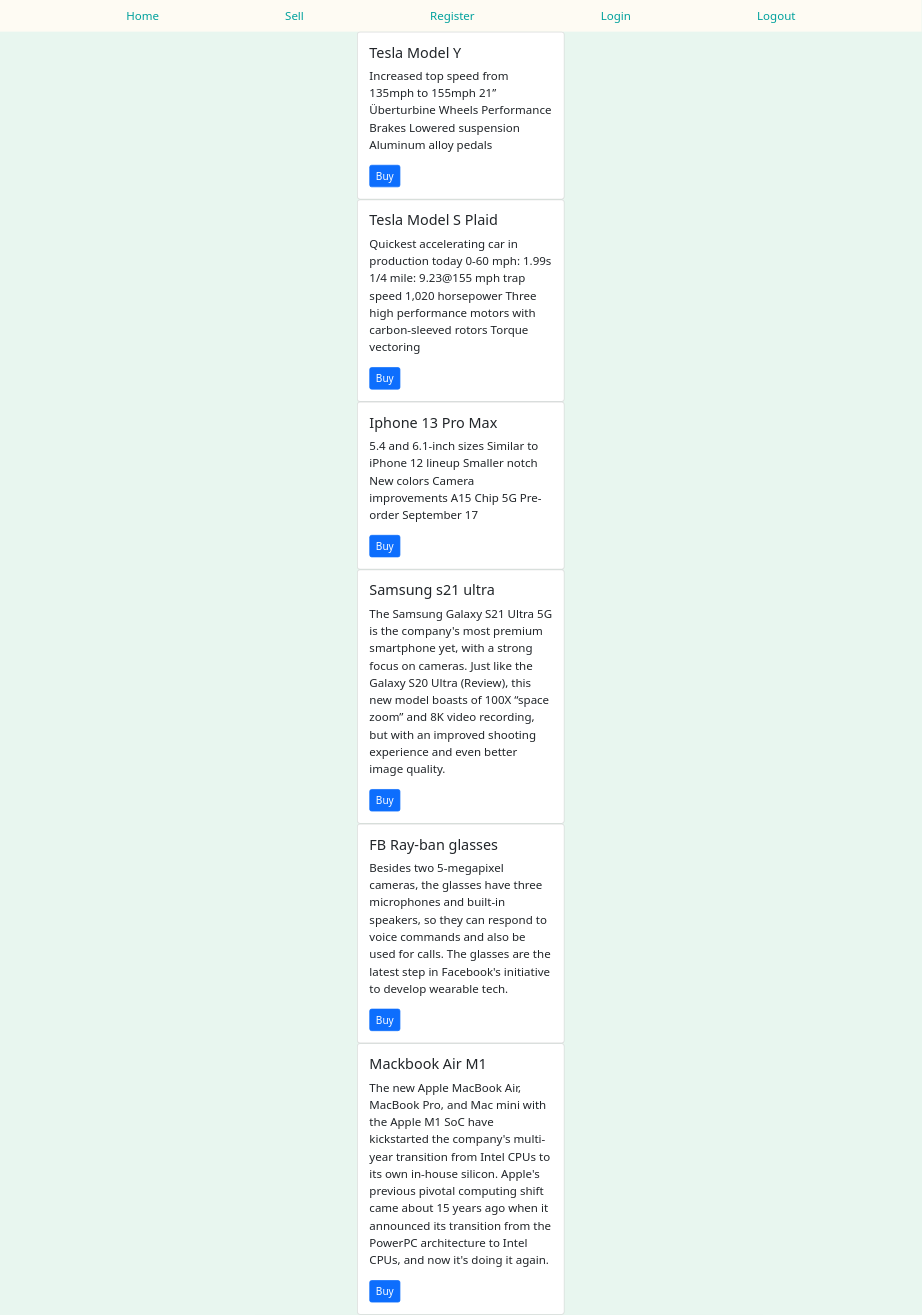
Repository: RiteshK555/itw-project
Page: http://localhost/
An editor plug-in stored every save of this project. The page is shown before and after a run of saves, followed by the edit.
The browser window is 1280 px wide. The pictures show the whole page, at 72% of full size.
The page is served by the project's application, run on Django 3.2 (student_olx/manage.py). Other server files are loaded and not shown. The page reads the database file committed with the project.

Above is the page before, as saved 2021-09-19 14:23:16.

### student_olx/main/templates/main/home.html
{%extends 'main/base.html'%}
{% load static %}
{%block title%}
Home
{%endblock%}
{% block styles %}
<link rel="stylesheet" type="text/css" href="{% static 'main/home.css'%}">
{% endblock %}
{%block content %}
<div id="itemz">
{%for product in  products%}
<div>
<div class="card" style="width: 18rem;">
  {% comment %} <img src="..." class="card-img-top" alt="..."> {% endcomment %}
  <div class="card-body">
    <h5 class="card-title">{{product.product_name}}</h5>
    <p class="card-text">{{product.description}}</p>
    <a href="#" class="btn btn-sm btn-primary">Buy</a>
  </div>
</div>
{%endfor%}
{%endblock %}

### student_olx/main/templates/main/base.html
{% load static%}
<!DOCTYPE html>
<!--[if lt IE 7]>      <html class="no-js lt-ie9 lt-ie8 lt-ie7"> <![endif]-->
<!--[if IE 7]>         <html class="no-js lt-ie9 lt-ie8"> <![endif]-->
<!--[if IE 8]>         <html class="no-js lt-ie9"> <![endif]-->
<!--[if gt IE 8]>      <html class="no-js"> <!--<![endif]-->
<html lang="en">
    <head>
        <meta charset="utf-8">
        <meta http-equiv="X-UA-Compatible" content="IE=edge">
        <title>{%block title%}This is Base Title{%endblock%}</title>
        <meta name="description" content="">
        <link href="https://cdn.jsdelivr.net/npm/bootstrap@5.1.1/dist/css/bootstrap.min.css" rel="stylesheet" integrity="sha384-F3w7mX95PdgyTmZZMECAngseQB83DfGTowi0iMjiWaeVhAn4FJkqJByhZMI3AhiU" crossorigin="anonymous">
        <meta name="viewport" content="width=device-width, initial-scale=1">
        <link rel="stylesheet" type="text/css" href="{% static 'main/style.css'%}">
        {% block styles %}
        {% endblock %}
    </head>
    <div class="header">
        <a href="/">Home</a>
        <a href="/sell">Sell</a>
       <a href="/register">Register</a>
        <a href="/login">Login</a>
        <a href="/logout">Logout</a>
    </div>
    <body>
    <div id="content">
    {%block content %}
    {% endblock %}
    </div>
        <!--[if lt IE 7]>
            <p class="browsehappy">You are using an <strong>outdated</strong> browser. Please <a href="#">upgrade your browser</a> to improve your experience.</p>
        <![endif]-->
        <script src="https://cdn.jsdelivr.net/npm/bootstrap@5.1.1/dist/js/bootstrap.bundle.min.js" integrity="sha384-/bQdsTh/da6pkI1MST/rWKFNjaCP5gBSY4sEBT38Q/9RBh9AH40zEOg7Hlq2THRZ" crossorigin="anonymous"></script>
        <script src="" async defer></script>
    </body>
</html>

### student_olx/main/models.py
from django.db import models

# Create your models here.
class product(models.Model):
    product_name=models.CharField(max_length=200,default='')
    description=models.CharField(max_length=600,default='')
    def __str__(self):
        return self.product_name
# class Item(models.Model):
#     todolist=models.ForeignKey(ToDoList,on_delete=models.CASCADE)
#     text=models.CharField(max_length=100)
#     complete=models.BooleanField()
#     def __str__(self):
#         return self.text

### student_olx/main/views.py
from django.http.response import HttpResponseRedirect
from django.shortcuts import render,redirect
from .models import product

# Create your views here.
from django.http import HttpResponse
from .forms import CreateNewProduct
def index(response,id):
    lis=product.objects.get(id=id)
    return render(response,"main/base.html",{"name":lis})
def home(response):
    all_products=product.objects.all()
    return render(response,"main/home.html",{"products":all_products})
def sell(response):
    if response.method == "POST":
        form=CreateNewProduct(response.POST)
        if form.is_valid():
            p_n=form.cleaned_data["product_name"]
            d=form.cleaned_data["description"]
            m=product(product_name=p_n,description=d)
            m.save()
        return render(response,"main/home.html")
    else:
        form=CreateNewProduct()
    return render(response,"main/sell.html",{"form":form})
def buy(response):
    return render(response,"main/buy.html",{})

### student_olx/student_olx/urls.py
"""student_olx URL Configuration

The `urlpatterns` list routes URLs to views. For more information please see:
    https://docs.djangoproject.com/en/3.1/topics/http/urls/
Examples:
Function views
    1. Add an import:  from my_app import views
    2. Add a URL to urlpatterns:  path('', views.home, name='home')
Class-based views
    1. Add an import:  from other_app.views import Home
    2. Add a URL to urlpatterns:  path('', Home.as_view(), name='home')
Including another URLconf
    1. Import the include() function: from django.urls import include, path
    2. Add a URL to urlpatterns:  path('blog/', include('blog.urls'))
"""
from django.contrib import admin
from django.urls import path,include
# from main import views as v
from  registration import views
urlpatterns = [
    path('admin/', admin.site.urls),
    path("register/",views.register,name="register"),
    path("",include("main.urls")),
    path("",include("django.contrib.auth.urls")),
]

### student_olx/main/urls.py
from django.urls import path
from . import views
urlpatterns =[
    path("<int:id>",views.index,name="index"),
    path("",views.home,name="home"),
    path("sell/",views.sell,name="sell"),
    path("buy/",views.buy,name="buy"),
]

### student_olx/main/static/main/style.css
.header{
    display: flex;
    justify-content: space-evenly;
    padding-top: 10px;
    padding-bottom: 10px;
    background-color:#FEFBF3;
}
a{
    color:#00A19D;
    text-decoration: none;
}
body{
    margin:0px;
    background-color:#E8F6EF;
}

### student_olx/main/static/main/home.css

#itemz{
    display:flex;
    justify-content:space-evenly;
}

### student_olx/db.sqlite3 (the tables this page reads, as SQL)
CREATE TABLE "main_product" ("id" integer NOT NULL PRIMARY KEY AUTOINCREMENT, "product_name" varchar(200) NOT NULL, "description" varchar(600) NOT NULL, "seller_id" integer NOT NULL REFERENCES "auth_user" ("id") DEFERRABLE INITIALLY DEFERRED, "product_img" varchar(100) NOT NULL, "price" integer NOT NULL);
INSERT INTO "main_product" VALUES
(4, 'Tesla Model Y', 'Increased top speed from 135mph to 155mph 21’’ Überturbine Wheels Performance Brakes Lowered suspension Aluminum alloy pedals', 4, 'imgs/teslamodely.jpeg', 55555),
(5, 'Tesla Model S Plaid', 'Quickest accelerating car in production today 0-60 mph: 1.99s 1/4 mile: 9.23@155 mph trap speed 1,020 horsepower Three high performance motors with carbon-sleeved rotors Torque vectoring', 4, 'imgs/teslamodels_WYLDo9n.jpeg', 122222),
(6, 'Iphone 13 Pro Max', '5.4 and 6.1-inch sizes Similar to iPhone 12 lineup Smaller notch New colors Camera improvements A15 Chip 5G Pre-order September 17', 4, 'imgs/iphone13promax.jpg', 100000),
(7, 'Samsung s21 ultra', 'The Samsung Galaxy S21 Ultra 5G is the company''s most premium smartphone yet, with a strong focus on cameras. Just like the Galaxy S20 Ultra (Review), this new model boasts of 100X “space zoom” and 8K video recording, but with an improved shooting experience and even better image quality.', 4, 'imgs/samsungs21ultra.jpeg', 100000),
(8, 'FB Ray-ban glasses', 'Besides two 5-megapixel cameras, the glasses have three microphones and built-in speakers, so they can respond to voice commands and also be used for calls. The glasses are the latest step in Facebook''s initiative to develop wearable tech.', 4, 'imgs/fb.jpeg', 10000),
(9, 'Mackbook Air M1', 'The new Apple MacBook Air, MacBook Pro, and Mac mini with the Apple M1 SoC have kickstarted the company''s multi-year transition from Intel CPUs to its own in-house silicon. Apple''s previous pivotal computing shift came about 15 years ago when it announced its transition from the PowerPC architecture to Intel CPUs, and now it''s doing it again.', 4, 'imgs/macbook.jpeg', 100000);

After the next 7 saves:
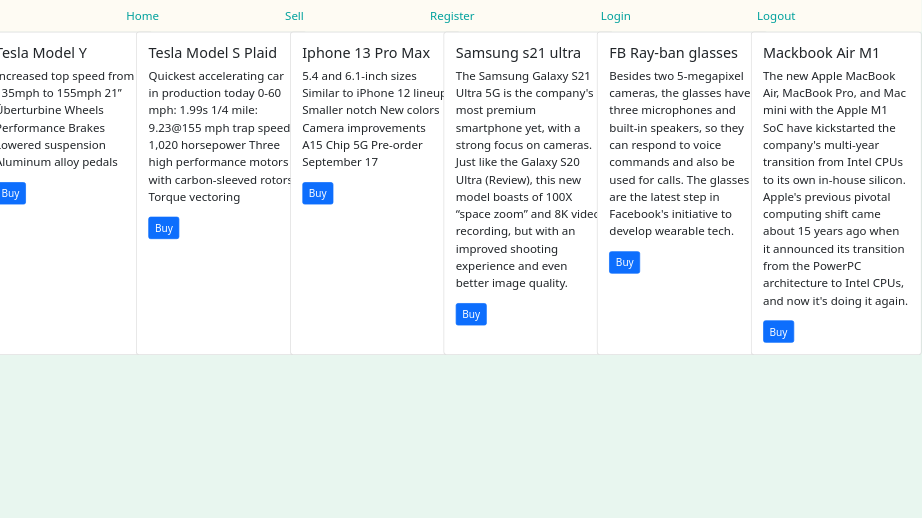
The 7 saves are shown as one change because they came seconds apart.
The last was saved 17 s later.
--- a/student_olx/main/templates/main/home.html
+++ b/student_olx/main/templates/main/home.html
@@ -9,7 +9,9 @@
 {%block content %}
 <div id="itemz">
 {%for product in  products%}
-<div>
+<div class="row">
+
+</div>
 <div class="card" style="width: 18rem;">
   {% comment %} <img src="..." class="card-img-top" alt="..."> {% endcomment %}
   <div class="card-body">
